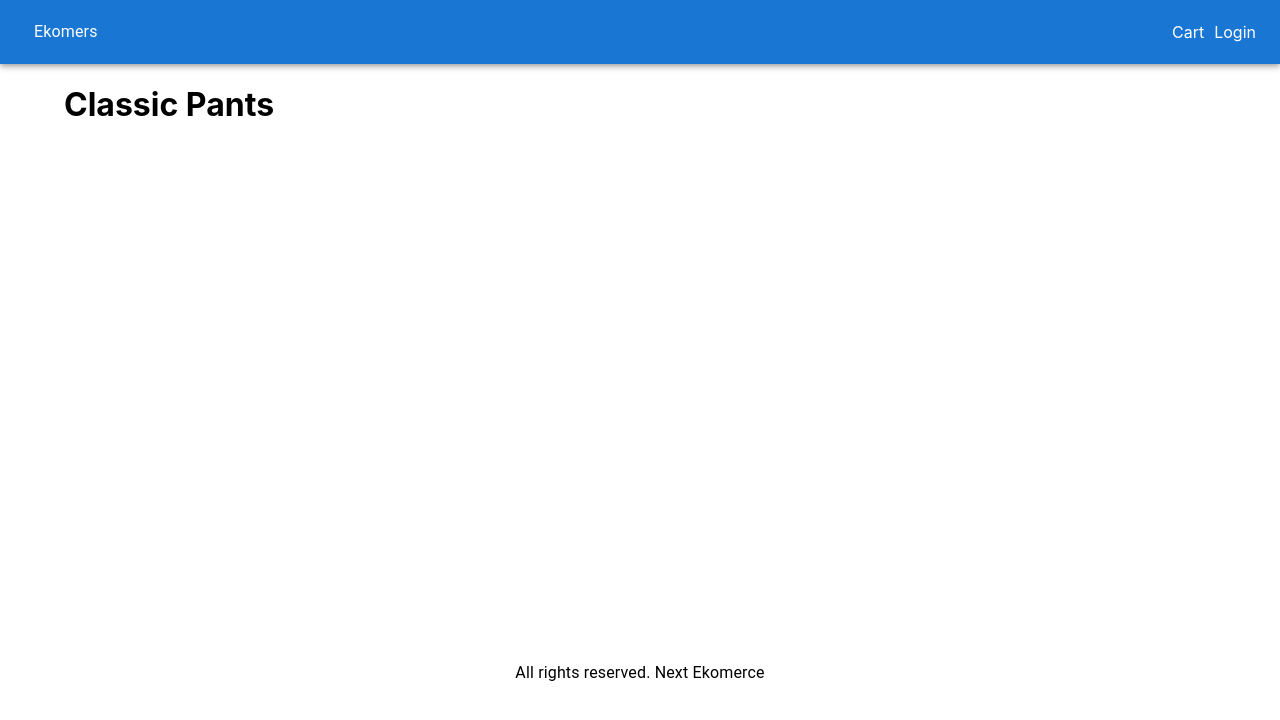
Repository: ChakmaSajib/ekomerce
Page: /product/classic-pants
These files come from the project's save history. The page is drawn as it stood at one moment and after a run of saves; the edit follows.
The browser window is 1280 px wide. The pictures show the whole page.
The project was rebuilt for these pictures with package versions that can differ from the ones it lists, and the page was loaded fresh each time. The framework's server and built-in components were replaced by stand-ins that run in the browser. Also part of the build but not shown: next.config.js.

Above is the page before, as saved 2022-01-02 12:37:40.

### pages/_app.js
import React, { useEffect } from "react"
import '../styles/globals.css'
function MyApp({ Component, pageProps }) {
  useEffect(() => {
    // this will call after rendering this component
    // to remove css for server side rendering
    // to fix the issue with server-side with material-ui

    const jssStyle = document.querySelector('#jss-server-side')
    if (jssStyle) {
      jssStyle.parentElement.removeChild(jssStyle)
    }
  }, [])
  return <Component {...pageProps} />
}

export default MyApp

### pages/_document.js
// We will change the way that Next basically render the pages
import { ServerStyleSheets } from '@mui/styles';
import React from "react"
import App from 'next/app';
import Document, { Html, Head, Main, NextScript } from 'next/document';
export default class MyDocument extends Document {
    render() {
        return (
            <Html lang="en">
                <Head></Head>
                {/** here, the body element does not comming from NextJS */}
                <body>
                    <Main />
                    <NextScript />
                </body>
            </Html>
        )
    }
}

// This will render before above component
MyDocument.getInitialProps = async (ctx) => {
    const sheets = new ServerStyleSheets();
    const originalRenderPage = ctx.renderPage;
    ctx.renderPage = () => {
        return originalRenderPage({
            enhanceApp: (App) => (props) => sheets.collect(<App {...props} />),
        });
    };

    const initialProps = await Document.getInitialProps(ctx)
    return {
        ...initialProps,
        styles: [
            ...React.Children.toArray(initialProps.styles), sheets.getStyleElement()
        ]
    }
}

### pages/product/[slug].js
// This is dynamic routing
// first, find the route url from the param
import { useRouter } from 'next/router'
import React from 'react'
import Layout from '../../components/Layout'
import data from "../../utils/data"

export default function ProductScreen() {
    const router = useRouter()
    const { slug } = router.query
    const product = data.products.find((product) => product.slug === slug)

    if (!product) {
        return <div> product is not found!</div>
    }
    return (
        <Layout title={product.name} description={product.name}>
            <h1>{product.name}</h1>
        </Layout>
    )
}

### components/Layout.js
import React from 'react';
import Head from 'next/head';
import { AppBar, Toolbar, Typography, Container, Link } from '@mui/material';
import NextLink from "next/link"
import useStyles from '../utils/styles';

export default function Layout({ title, description, children }) {
    const classes = useStyles()

    return (
        <div>
            <Head>
                <title>Ekomerce</title>
            </Head>

            {/** App bar */}
            <AppBar position="static" className={classes.navbar}>
                <Toolbar>
                    <NextLink href="/" passHref>
                        <Link>
                            <Typography className={classes.brand}>
                                Ekomers
                            </Typography>
                        </Link>
                    </NextLink>
                    <div className={classes.grow}></div>
                    <div>
                        <NextLink href="/cart" passHref>
                            <Link>Cart</Link>
                        </NextLink>

                        <NextLink href="/login" passHref>
                            <Link>Login</Link>
                        </NextLink>
                    </div>
                </Toolbar>
            </AppBar>

            {/** Main Container */}
            <Container className={classes.main}>
                {children}
            </Container>

            {/** Footer */}

            <footer className={classes.footer}>
                <Typography> All rights reserved. Next Ekomerce </Typography>
            </footer>
        </div>
    )
}

### utils/data.js
const data = {
    products: [
        {
            name: 'Free Shirt',
            slug: 'free-shirt',
            category: 'Shirts',
            image: '/images/shirt1.jpg',
            price: 70,
            brand: 'Nike',
            rating: 4.5,
            numReviews: 10,
            countInStock: 20,
            description: 'A popular shirt',

        },
        {
            name: 'Fit Shirt',
            slug: 'fit-shirt',
            category: 'Shirts',
            image: '/images/shirt2.jpg',
            price: 80,
            brand: 'Adidas',
            rating: 4.2,
            numReviews: 10,
            countInStock: 20,
            description: 'A popular shirt',
        },
        {
            name: 'Slim Shirt',
            category: 'Shirts',
            image: '/images/shirt3.jpg',
            price: 90,
            brand: 'Raymond',
            rating: 4.5,
            numReviews: 10,
            countInStock: 20,
            description: 'A popular shirt',
            slug: 'slim-shirt'
        },
        {
            name: 'Golf Pants',
            category: 'Pants',
            image: '/images/pants1.jpg',
            price: 90,
            brand: 'Oliver',
            rating: 4.5,
            numReviews: 10,
            countInStock: 20,
            description: 'Smart looking pants',
            slug: 'golf-pants'
        },
        {
            name: 'Fit Pants',
            category: 'Pants',
            image: '/images/pants2.jpg',
            price: 95,
            brand: 'Zara',
            rating: 4.5,
            numReviews: 10,
            countInStock: 20,
            description: 'A popular pants',
            slug: 'fit-pants'
        },
        {
            name: 'Classic Pants',
            category: 'Pants',
            image: '/images/pants3.jpg',
            price: 75,
            brand: 'Casely',
            rating: 4.5,
            numReviews: 10,
            countInStock: 20,
            description: 'A popular pants',
            slug: 'classic-pants'
        },
    ],
};
export default data;

### utils/styles.js
import { makeStyles } from '@mui/styles';

const useStyles = makeStyles({
    navbar: {
        backgroundColor: '#203040',
        '& a': {
            color: "#fff",
            marginLeft: 10,
        }

    },
    brand: {
        fontWeight: "bold",
        fontSize: "1.5rem"
    },

    grow: {
        flexGrow: 1,
    },
    main: {
        minHeight: '80vh',
    },

    footer: {
        textAlign: 'center'
    },

})

export default useStyles;

Loaded but not shown: styles/globals.css (common file)

After the next 2 saves:
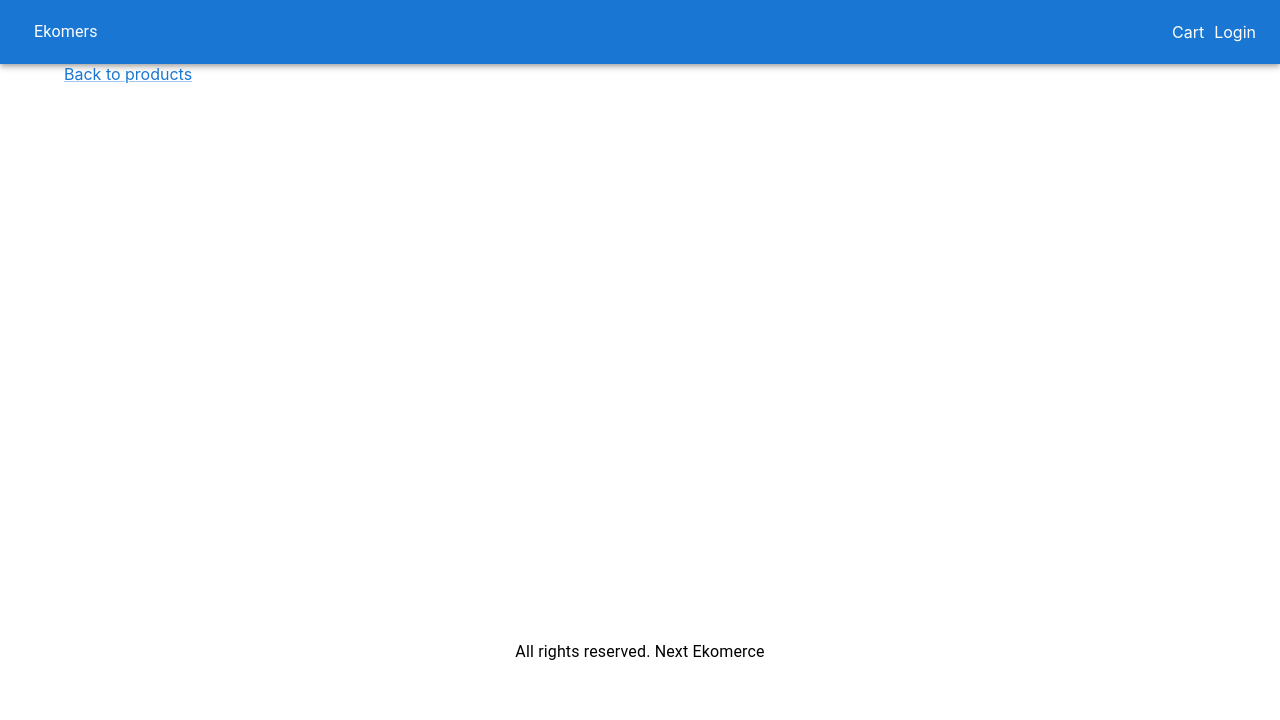
The 2 saves are shown as one change because 1 did not build or start.
The last was saved 100 s later.
--- a/pages/product/[slug].js
+++ b/pages/product/[slug].js
@@ -1,9 +1,12 @@
 // This is dynamic routing
 // first, find the route url from the param
 import { useRouter } from 'next/router'
+import NextLink from "next/link"
 import React from 'react'
 import Layout from '../../components/Layout'
 import data from "../../utils/data"
+import { Link } from '@mui/material'
+
 
 export default function ProductScreen() {
     const router = useRouter()
@@ -15,7 +18,11 @@
     }
     return (
         <Layout title={product.name} description={product.name}>
-            <h1>{product.name}</h1>
+            <div>
+                <NextLink href="">
+                    <Link>Back to products</Link>
+                </NextLink>
+            </div>
         </Layout>
     )
 }
